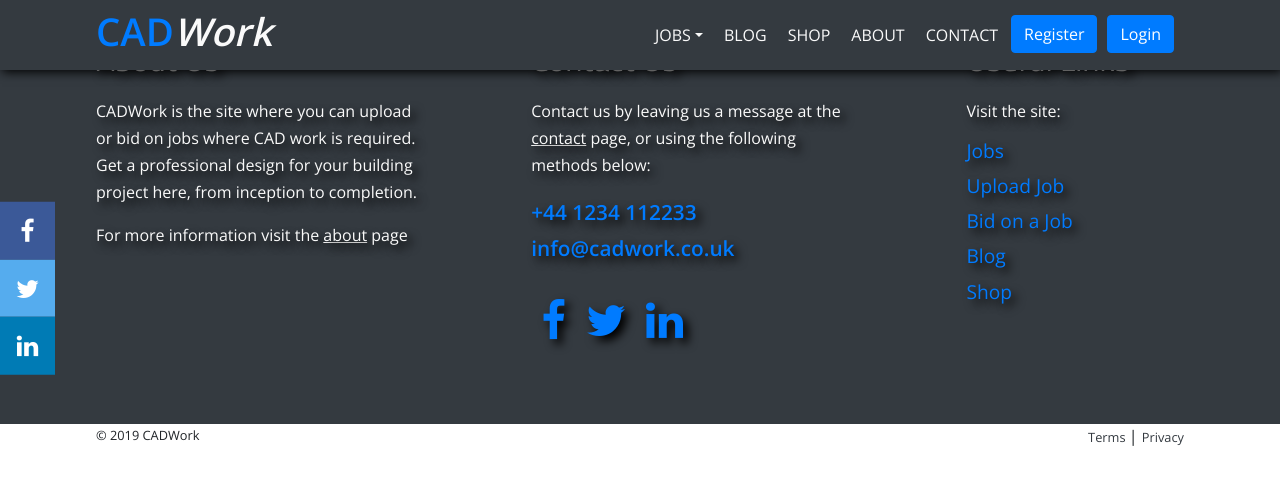
Repository: JShad30/cadwork
Page: templates/base.html
The author's editor kept a record of every edit. The page is drawn from the files as they stood at one moment, then again after the next edit.
The browser window is 1280 px wide. The pictures show the whole page.
The template is drawn by Django 2.2. The application's start-up code is not run. The template is opened directly, without the code that normally fills it, so the values that code supplies are empty.

Above is the page before.

After the next edit:
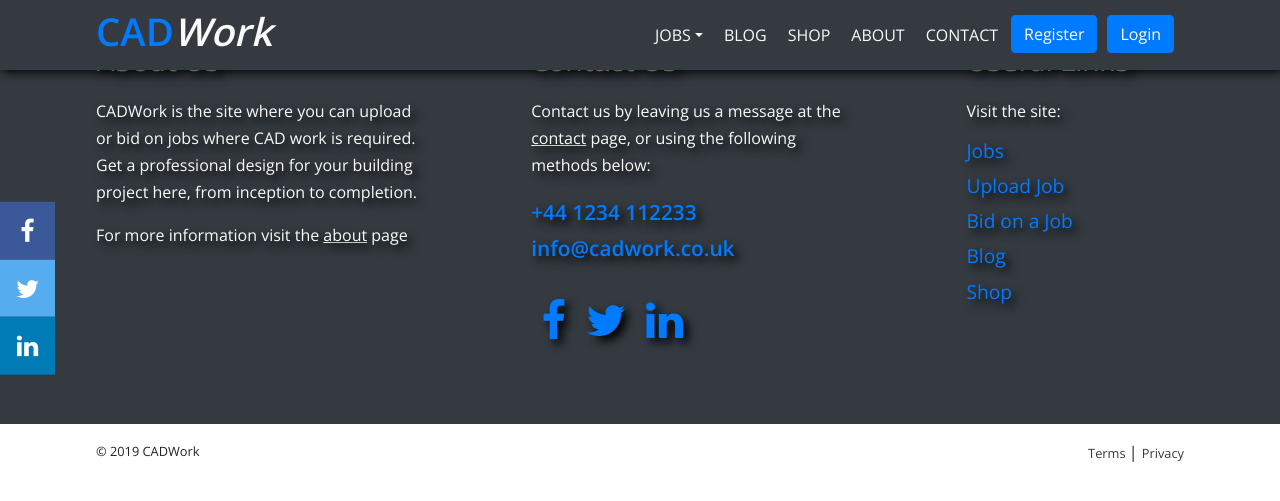
The edit:
--- a/templates/base.html
+++ b/templates/base.html
@@ -142,7 +142,7 @@
 			</div>
 		</div>
 		<!--Bottom section of the footer-->
-		<div class="footer-bottom bottom-container">
+		<div class="footer-bottom footer-bottom-container">
 			<div class="footer-container">
 	            <div class="footer-statement">
 	            	<!--Copyright statement-->
